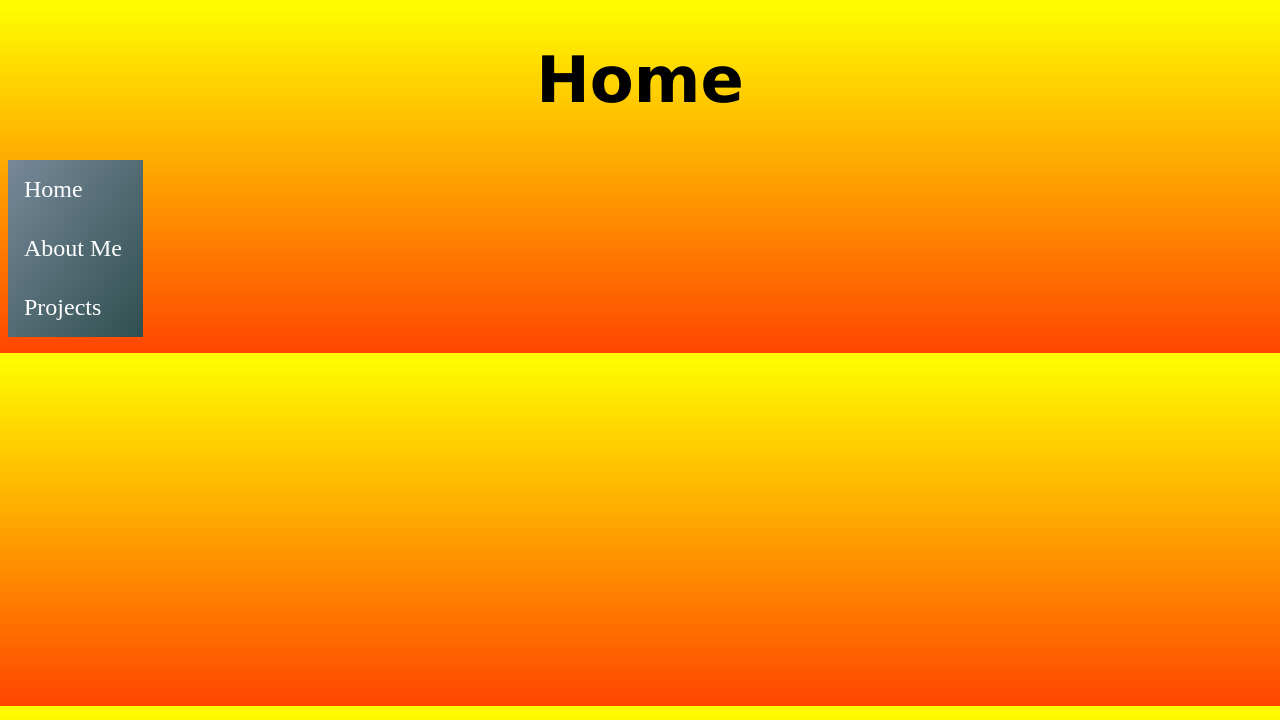
Repository: brody-toth/brody-toth.github.io
Page: project3.html
The author's editor kept a record of every edit. The page is drawn from the files as they stood at one moment, then again after the next edit.
The browser window is 1280 px wide. The pictures show the whole page.

Above is the page before.

After the next edit:
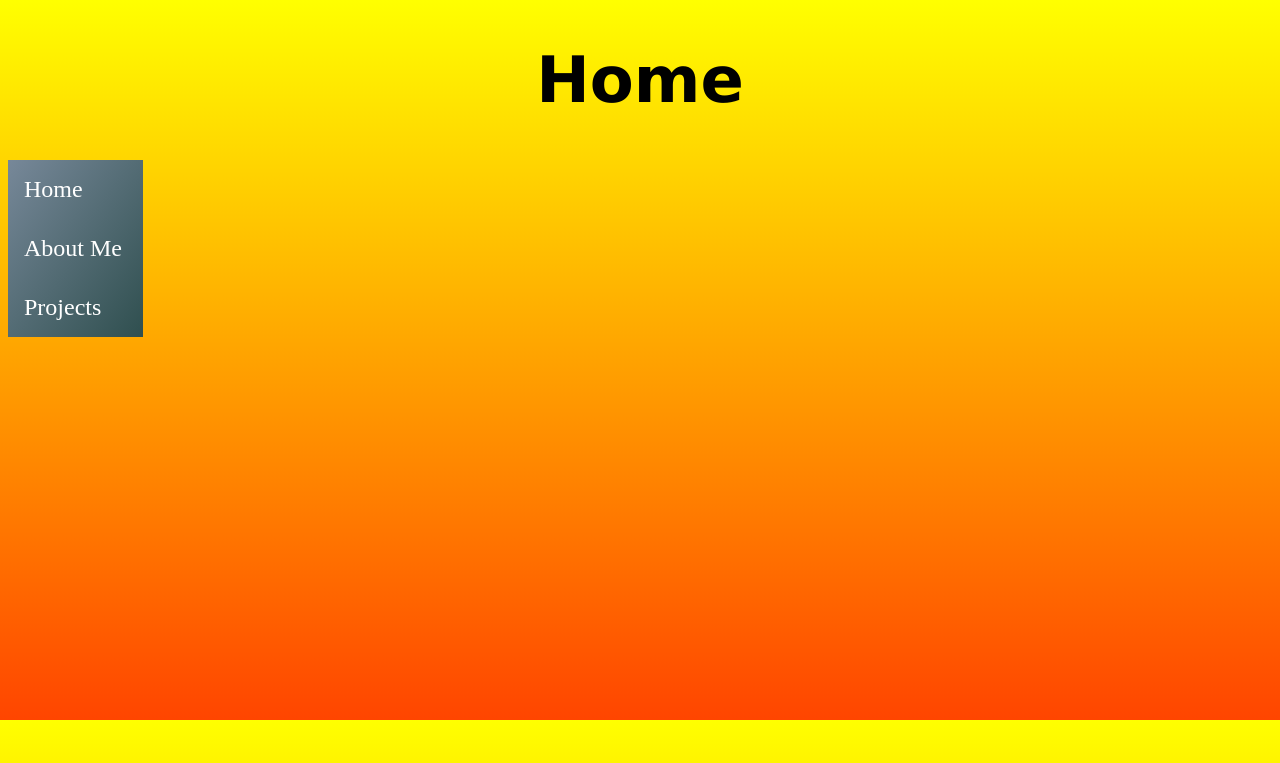
The edit:
--- a/style.css
+++ b/style.css
@@ -1,3 +1,7 @@
+html, body{
+    height: 100%;
+}
+
 body{
     background-image: linear-gradient(to bottom, yellow, orangered);
 }
